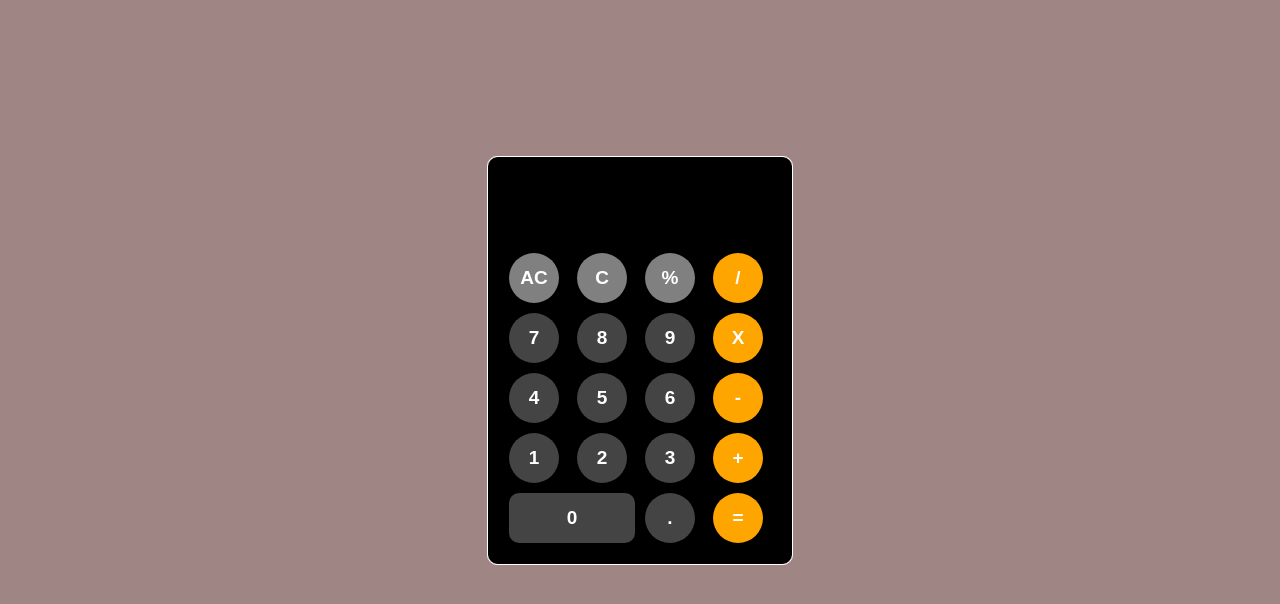
Repository: dmpelaez/calculator
Page: Calculator.html
These files come from the project's save history. The page is drawn as it stood at one moment and after the next save; the edit follows.
The browser window is 1280 px wide. The pictures show the whole page.

Above is the page before, as saved 2025-12-15 22:57:11.

### Calculator.html
<!DOCTYPE html>

  <html>
    <head>

      <title>Calculator</title>

      <!--CSS-->
      <link rel="stylesheet" href="Calculator.css">

    </head>
    <body>
      <!--Container-->
      <main class="container">

        <!--Sections-->
        <section class="Section">

          <!--Input section-->
          <input class="inputSection" name="display" value="" disabled>

          <!--Btns section-->
          <div class="btnSection">
            <button class="btn cancel">AC</button>
            <button class="btn signs" onclick="
            const value = document.querySelector('.inputSection').value.slice(0, -1);
            document.querySelector('.inputSection').value = value;
            answer = value;
            ">C</button>
            <button class="btn rmnder" onclick="appendNumber('%')">%</button>
            <button class="btn divide" onclick="appendNumber(' / ')">/</button>
            <button class="btn seven" onclick="appendNumber('7')">7</button>
            <button class="btn eight" onclick="appendNumber('8')">8</button>
            <button class="btn nine" onclick="appendNumber('9')">9</button>
            <button class="btn times" onclick="appendNumber(' * ')">X</button>
            <button class="btn four" onclick="appendNumber('4')">4</button>
            <button class="btn five" onclick="appendNumber('5')">5</button>
            <button class="btn six" onclick="appendNumber('6')">6</button>
            <button class="btn minus"  onclick="appendNumber(' - ')">-</button>
            <button class="btn one" onclick="appendNumber('1')">1</button>
            <button class="btn two" onclick="appendNumber('2')">2</button>
            <button class="btn three" onclick="appendNumber('3')">3</button>
            <button class="btn plus"  onclick="appendNumber(' + ')">+</button>
            <button class="btn zero" onclick="appendNumber('0')">0</button>
            <button class="btn dot" onclick="appendNumber('.')" >.</button>
            <button class="btn equal" onclick="
            try {
            answer = eval(answer);
            document.querySelector('.inputSection').value = answer;
            } catch {
              document.querySelector('.inputSection').value = 'Error';
            }
            ">=</button>
          </div>
        </section>


      </main>

      <script src="Calculator.js"></script>
    </body>

  </html>

### Calculator.css
body {
  margin: 0;
  padding: 0;
  box-sizing: border-box;
  display: flex;
  align-items: center;
  justify-content: center;
  height: 100vh;
  background: rgb(160, 133, 133);
}

.container {
  border: 1px solid white;
  border-radius: 10px;
  overflow: hidden;
}

.Section {
display: flex;
flex-direction: column;
border: 1px solid black;
border-radius: 10px;
gap: 20px;
background: black;
}
.inputSection {
  color: white;
  padding: 20px;
  padding-bottom: 0px;
  display: flex;
  justify-content: end;
  height: 50px;
  align-items: center;
  font-size: 19px;
  font-weight: bold;
  background: transparent;
  border: none;

}
.btnSection {
  display: grid;
  grid-template-columns: 1fr 1fr 1fr 1fr;
  padding: 20px;
  gap: 10px;
  padding-top: 5px;
}
.btn {
  border: none;
  height: 50px;
  width: 50px;
  border-radius: 50%;
  font-weight: bold;
  Font-size: 19px;
  cursor: pointer;
  color: white;
  background: rgb(68, 68, 68);
}

.equal {
  grid-column: 4
}
.dot {
  grid-column: 3
}
.zero {
  grid-row: 5;
  grid-column: 1 / 2 span;
  background: white;
  width: auto;
  border-radius: 10px;
  background: rgb(68, 68, 68);
}
.cancel,
.signs,
.rmnder {
  background: gray;
}
.divide,
.times,
.minus,
.plus,
.equal {
  background: orange;
}

### Calculator.js

let answer = '';



function appendNumber(num) {
  answer += num;

document.querySelector('.inputSection')
.value = answer;

};


document.querySelector('.cancel')
.addEventListener('click', () => {
  answer = '';
  document.querySelector('.inputSection')
.value = answer;
})

After the next save:
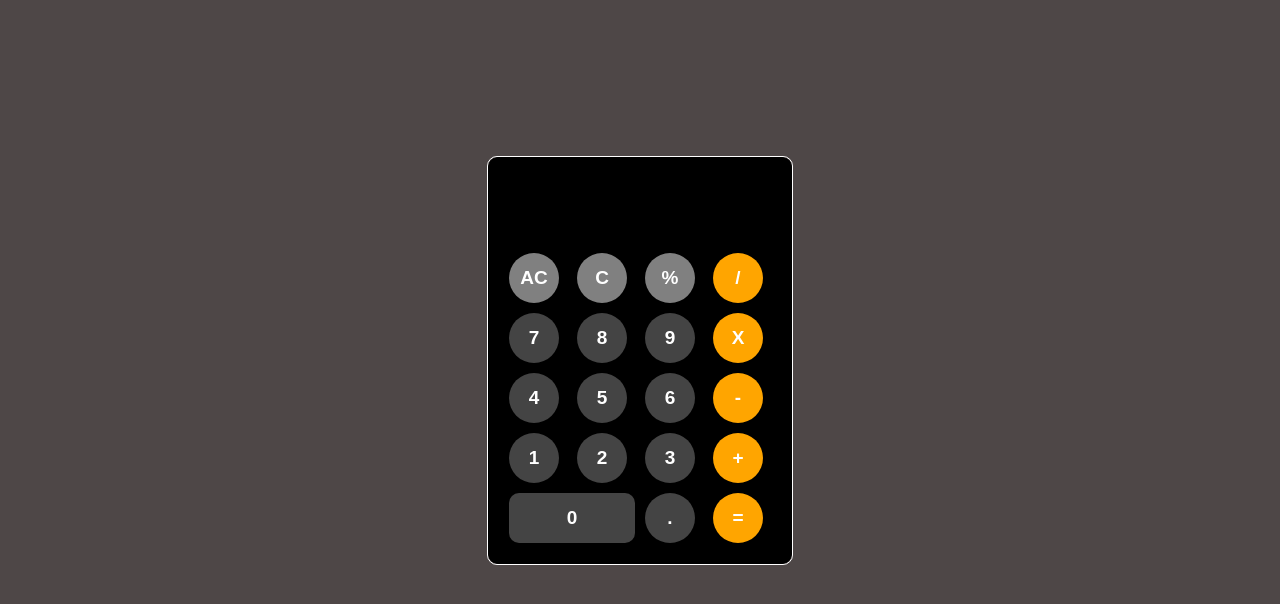
Saved 4 s later.
--- a/Calculator.css
+++ b/Calculator.css
@@ -6,7 +6,7 @@ body {
   align-items: center;
   justify-content: center;
   height: 100vh;
-  background: rgb(160, 133, 133);
+  background: rgb(78, 71, 71);
 }
 
 .container {
